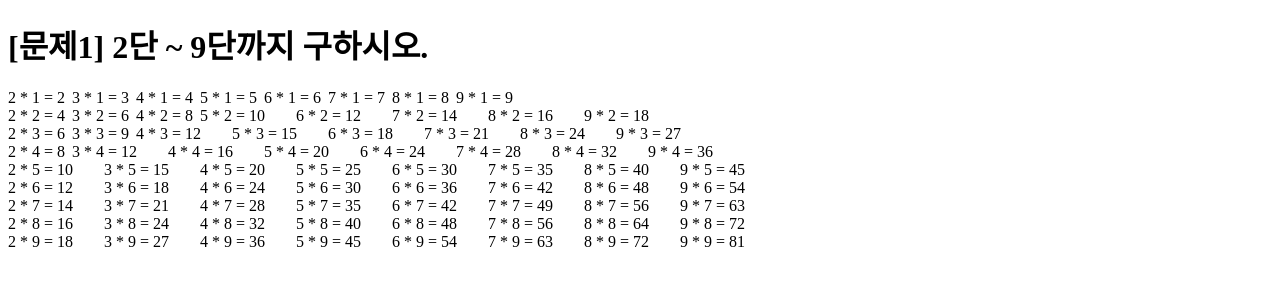
Repository: ssummini/Web
Page: JavaScript/src/main/webapp/practice/practice02.html
The author's editor kept a copy of each file at every save. The page is drawn from the files as they stood at one save, then again after the next save.
The browser window is 1280 px wide. The pictures show the whole page.

Above is the page before, as saved 2024-08-21 08:31:46.

After the next save:
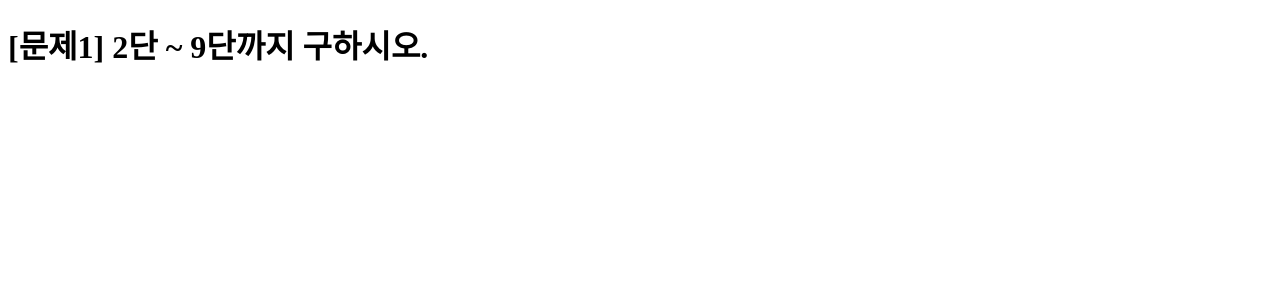
Console error: ReferenceError: result is not defined
Saved 2 min 0 s later.
--- a/JavaScript/src/main/webapp/practice/practice02.html
+++ b/JavaScript/src/main/webapp/practice/practice02.html
@@ -21,8 +21,11 @@
 			line += `${dan} * ${x} = ${dan*x}\t`;
 		}
 
-		document.getElementById("gugudan").innerHTML += line + "\n";
+		//document.getElementById("gugudan").innerHTML += line + "\n";
+		result += line + "\n";
 	}
+
+	document.getElementById("gugudan").innerHTML = result;
 </script>
 </body>
 </html>

After the 2 saves that followed:
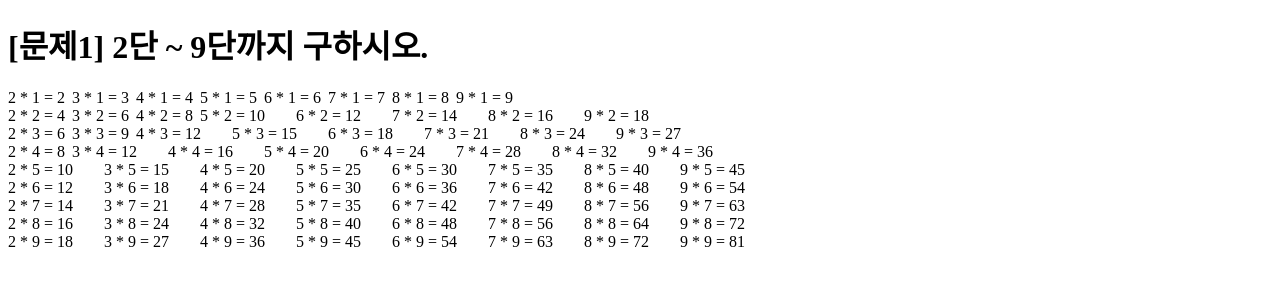
The error is gone.
The 2 saves are shown as one change because they came seconds apart.
The last was saved 21 s later.
--- a/JavaScript/src/main/webapp/practice/practice02.html
+++ b/JavaScript/src/main/webapp/practice/practice02.html
@@ -14,6 +14,8 @@
 	<h1>[문제1] 2단 ~ 9단까지 구하시오.</h1>
 	<div id="gugudan"></div>
 <script type="text/javascript">
+	let result = "";
+
 	for(let x=1; x<10; x++){
 		let line = "";
 
